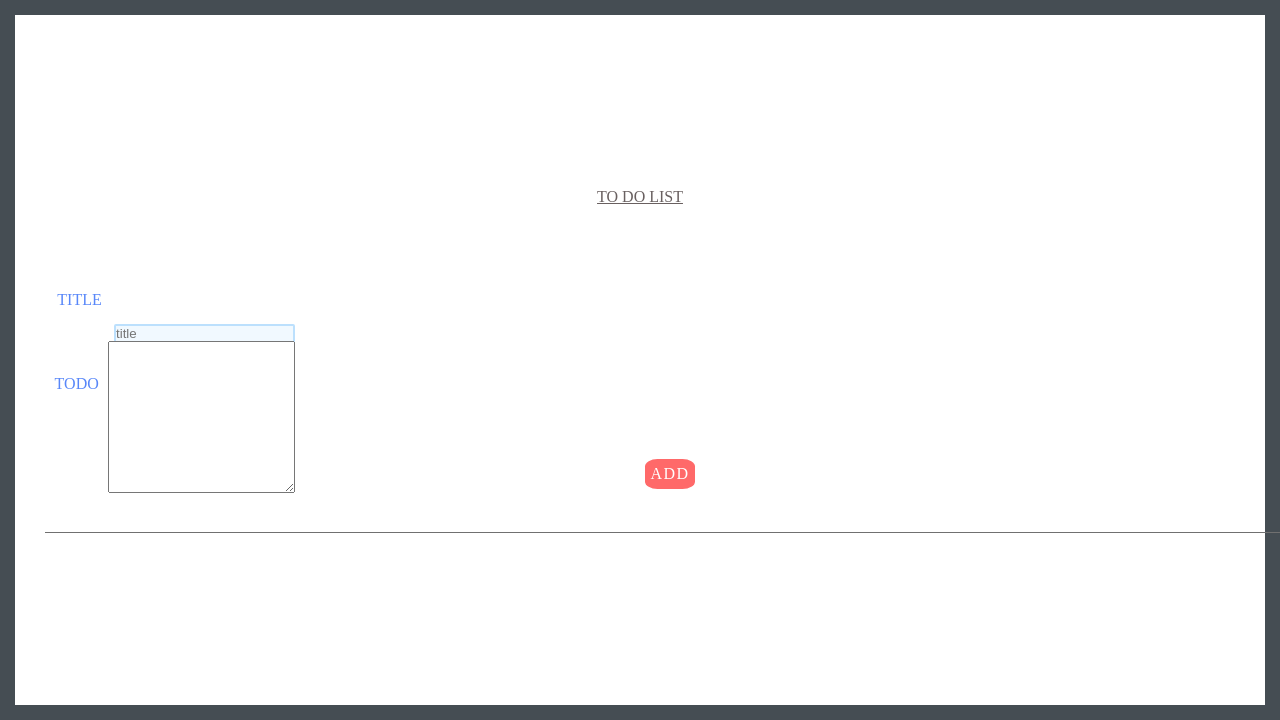
Repository: NagataRyuji0630/shinjin-otameshi
Page: todo_white_board.html
An editor plug-in stored every save of this project. The page is shown before and after the next save, followed by the edit.
The browser window is 1280 px wide. The pictures show the whole page.

Above is the page before, as saved 2020-06-11 22:54:49.
Not found: todoWhiteBoard.js

After the next save:
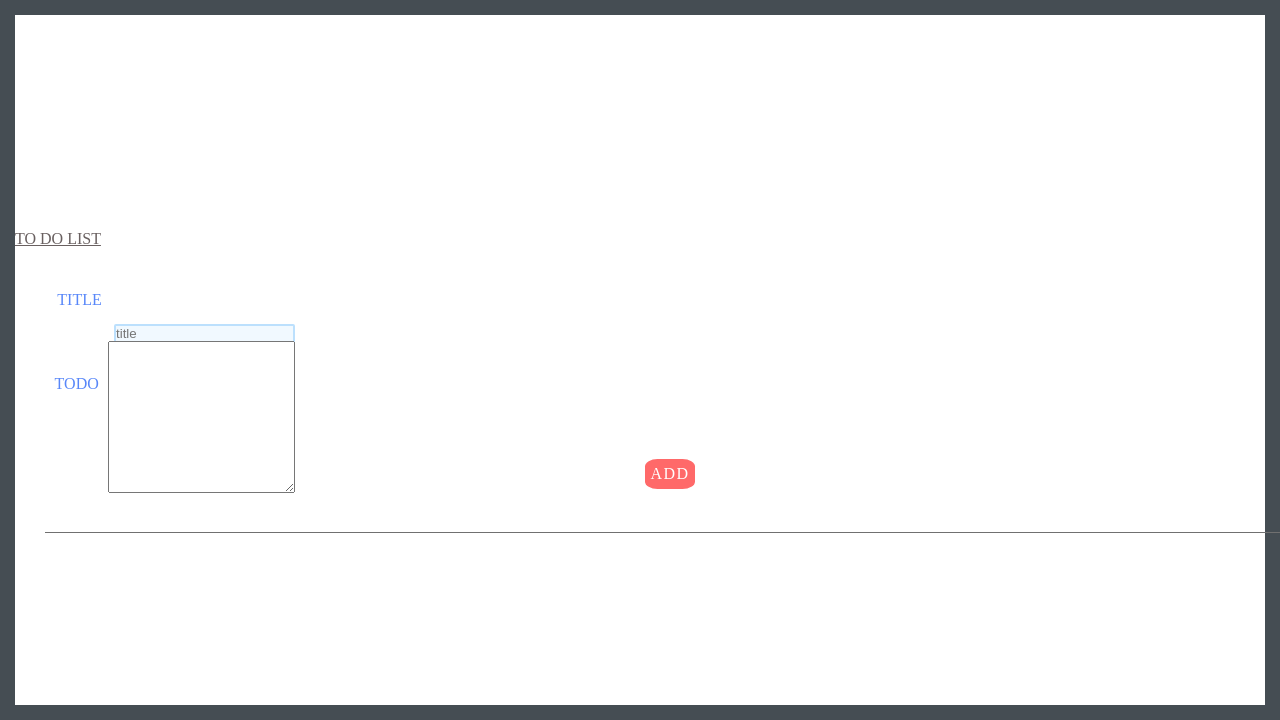
Saved 33 s later.
--- a/todo_white_board.html
+++ b/todo_white_board.html
@@ -15,7 +15,7 @@
 <body>
     <div class="white_board display_flex_justify direction_colum">
 
-        <div id="board_title_container" class="display_flex_justify">
+        <div id="board_title_container" class="display_flex_align">
             <div id="board_title">TO DO LIST</div>
         </div>
 
